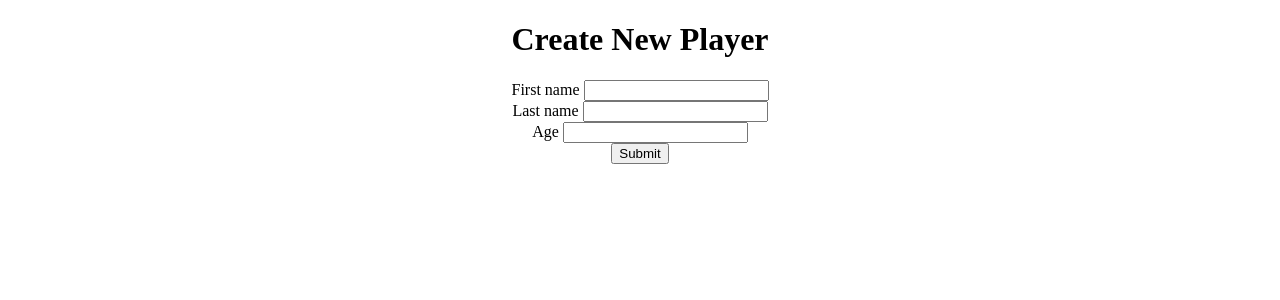
Repository: harshithamagani/Java-Basics
Page: http://localhost/team-roster/player
These files come from the project's save history. The page is drawn as it stood at one moment and after the next save; the edit follows.
The browser window is 1280 px wide. The pictures show the whole page.
The page is served by Tomcat 9.

Above is the page before, as saved 2019-11-06 02:38:14.

After the next save:
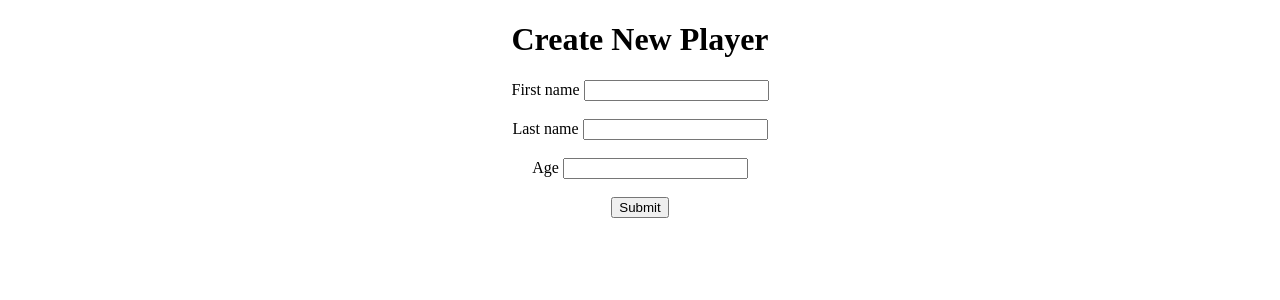
Saved 12 s later.
--- a/team-roster/WebContent/WEB-INF/createPlayerForm.jsp
+++ b/team-roster/WebContent/WEB-INF/createPlayerForm.jsp
@@ -16,11 +16,11 @@
 	<h1>Create New Player</h1>
 		<form action="/team-roster/team" method="post">
 			  <label>First name</label>
-			  <input name="first-name" type="text"><br>
+			  <input name="first-name" type="text"><br><br>
 			  <label>Last name</label>
-			  <input name="last-name" type="text"><br>
+			  <input name="last-name" type="text"><br><br>
 			  <label>Age</label>
-			  <input name="age" type="text"><br>
+			  <input name="age" type="text"><br><br>
 			  <input name="submit" value="Submit" type="submit">
 		</form>
 	</div>
